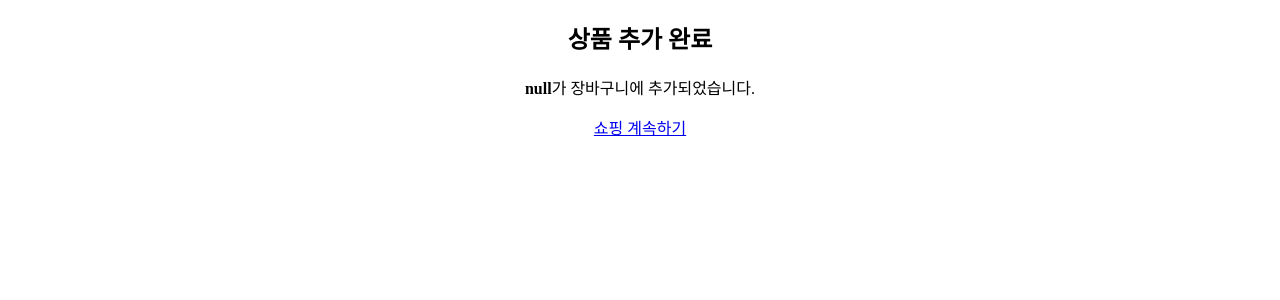
Repository: topblame/Bootcamp
Page: http://localhost/JSP_250408/chapter01/addProduct.jsp
An editor plug-in stored every save of this project. The page is shown before and after the next save, followed by the edit.
The browser window is 1280 px wide. The pictures show the whole page.
The page is served by Tomcat 9. Other server files are loaded and not shown.

Above is the page before, as saved 2025-06-25 01:51:16.

### WebMvc/JSP_250408/src/main/webapp/chapter01/addProduct.jsp
<%@page import="java.util.ArrayList"%>
<%@ page language="java" contentType="text/html; charset=UTF-8"
    pageEncoding="UTF-8"%>
<!DOCTYPE html PUBLIC "-//W3C//DTD HTML 4.01 Transitional//EN" "http://www.w3.org/TR/html4/loose.dtd">
<html>
<head>
<meta http-equiv="Content-Type" content="text/html; charset=UTF-8">
<title>addProduct.jsp</title>
</head>
<body>
<%
request.setCharacterEncoding("UTF-8");

// 선택된 상품 가져오기
String productname = request.getParameter("product");

// 세션에서 상품리스트 가져오기 .
ArrayList<String> list = (ArrayList<String>)session.getAttribute("list");

// 리스트가 없으면 컬렉션 새로 생성
if(list == null){
	list = new ArrayList<String>();
	session.setAttribute("list", list);
}

list.add(productname);
%>
<div align = "center">
<h2>상품 추가 완료</h2>
<p><strong><%=productname %></strong>가 장바구니에 추가되었습니다.
</p>
<a href="selectProduct.jsp">쇼핑 계속하기</a>
</div>
</body>
</html>

After the next save:
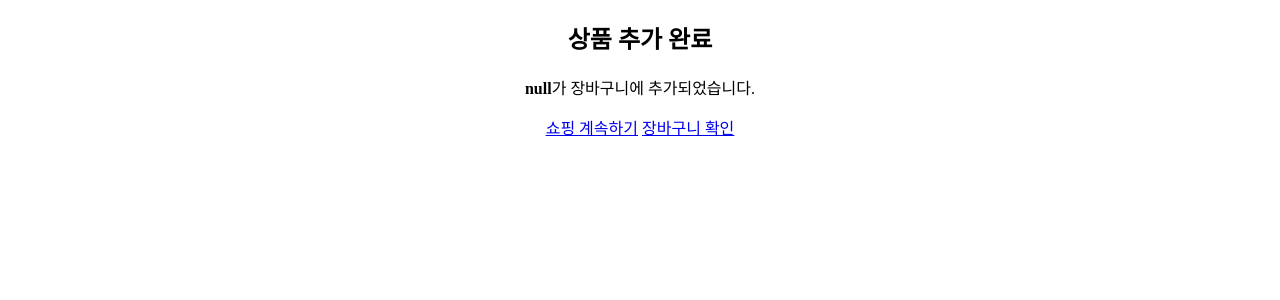
Saved 11 s later.
--- a/WebMvc/JSP_250408/src/main/webapp/chapter01/addProduct.jsp
+++ b/WebMvc/JSP_250408/src/main/webapp/chapter01/addProduct.jsp
@@ -30,6 +30,7 @@ list.add(productname);
 <p><strong><%=productname %></strong>가 장바구니에 추가되었습니다.
 </p>
 <a href="selectProduct.jsp">쇼핑 계속하기</a>
+<a href="viewCart.jsp">장바구니 확인</a>
 </div>
 </body>
 </html>
